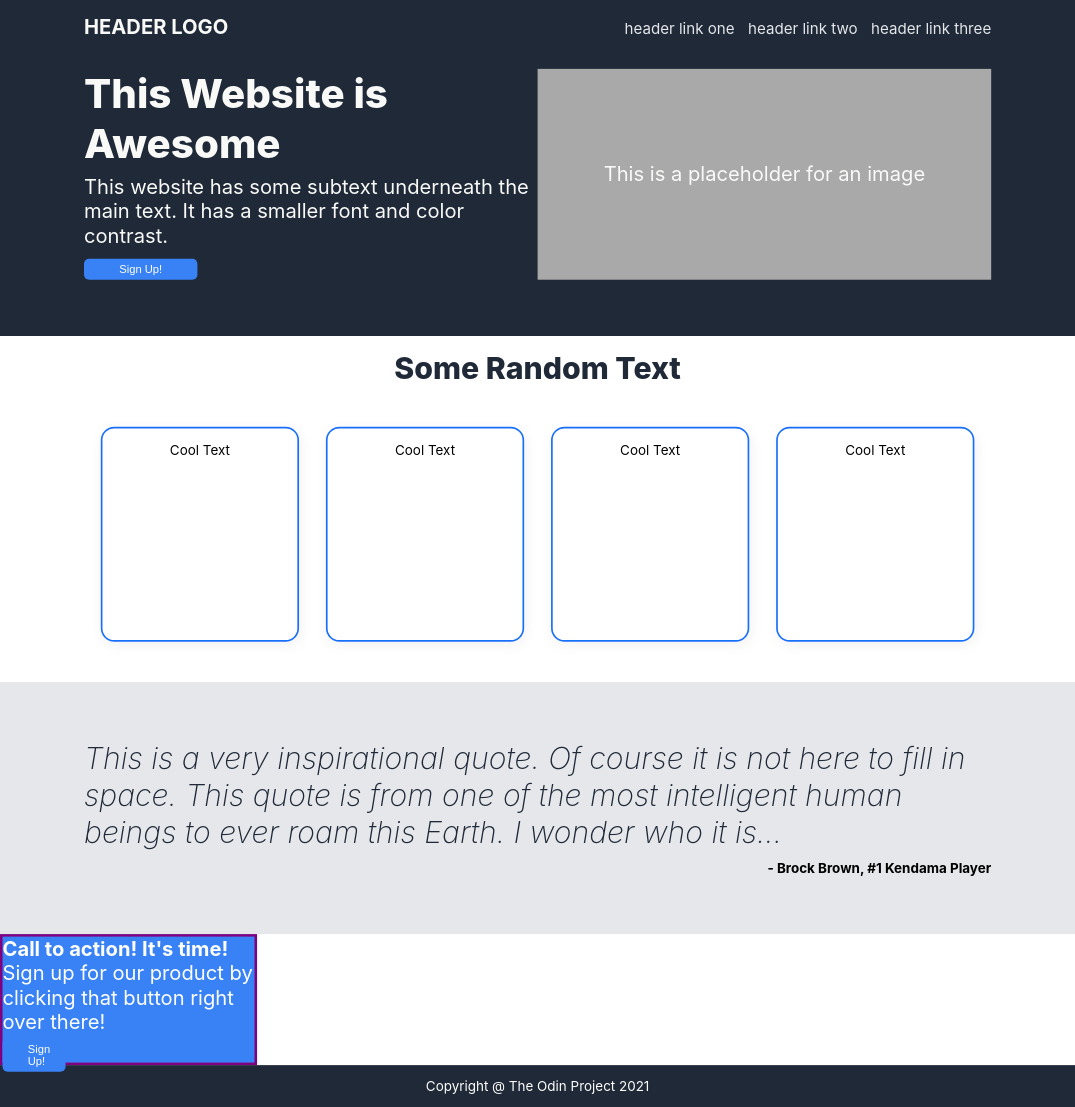
Repository: bbrockbrown/landing-page
Page: index.html
An editor plug-in stored every save of this project. The page is shown before and after the next save, followed by the edit.
The browser window is 1280 px wide. The pictures show the whole page, at 84% of full size.

Above is the page before, as saved 2024-07-24 16:14:14.

### index.html
<!DOCTYPE html>
<html lang="en">
<head>
    <meta charset="UTF-8">
    <meta name="viewport" content="width=device-width, initial-scale=1.0">
    <link rel="stylesheet" href="styles.css">
    <title>Landing Page</title>
</head>
<body>

    <div class="header">
        <div class="upper-header">
            <div class="logo" style="font-weight: bolder">HEADER LOGO</div>
            <ul class="header-links">
                <li><a href="https://www.google.com/" target="_blank">header link one</a></li>
                <li><a href="https://www.google.com/" target="_blank">header link two</a></li>
                <li><a href="https://www.google.com/" target="_blank">header link three</a></li>
            </ul>
        </div>

        <div class="header-content">
            <div class="header-text">
                <div class="awesome-text">
                    This Website is Awesome
                </div>
                <div class="subtext">
                    This website has some subtext underneath the main text.
                    It has a smaller font and color contrast.
                </div>
                <button class="signup-button">Sign Up!</button>
            </div>

            <div class="header-image">
                This is a placeholder for an image
            </div>
        </div>
    </div>




    <div class="body">
        <div class="box-text">Some Random Text</div>
        <div class="box-container">
            <div class="box">Cool Text</div>
            <div class="box">Cool Text</div>
            <div class="box">Cool Text</div>
            <div class="box">Cool Text</div>
        </div>

        <div class="quote-container">
            <div class="quote">This is a very inspirational quote. Of course it is not here
                to fill in space. This quote is from one of the most intelligent human beings
                to ever roam this Earth. I wonder who it is...
            </div>
            <div class="quote-author">
                - Brock Brown, #1 Kendama Player
            </div>
        </div>
    </div>

    <div class="sign-up-container">
        <div class="sign-up-text">
            <div class="action">Call to action! It's time!</div>
            <div class="action-subtext">Sign up for our product by clicking that button right over there!</div>
        </div>

        <button class="signup-button" id="lower-button">Sign Up!</button>
    </div>


    <div class="footer">
        Copyright @ The Odin Project 2021
    </div>

</body>
</html>

### styles.css
body {
    font-family: -apple-system, BlinkMacSystemFont, 'Segoe UI', Roboto, Oxygen, Ubuntu, Cantarell, 'Open Sans', 'Helvetica Neue', sans-serif;
    margin: 0;
    min-height: 100vh;
}

.header {
    background-color: #1F2937;
    font-size: 24px;
    color: #F9FAF8;
    display: flex;
    padding: 0px 100px 50px 100px;
    height: 350px;
    flex-direction: column;
    justify-content: space-around;
}

.upper-header {
    display: flex;
    justify-content: space-between;
}

.header-content {
    display: flex;
    text-align: left;
    align-items: center;
    flex-shrink: 0;
}

.header-text {
    width: 50%;
    display: flex;
    flex-flow: column wrap;
    gap: 8px;
}

.header-image {
    text-align: center;
    width: 50%;
    height: 100%;
    background-color: darkgray;
    display: flex;
    flex-flow: column wrap;
    justify-content: center;

}

.awesome-text {
    font-size: 48px;
    font-weight: 800;
}

button {
    padding: 5px 30px 5px 30px;
    border-radius: 6px;
    width: 25%;
}

.signup-button {
    background-color: #3882F6;
    color: white;
    border: none;
    margin-top: 5px;
}

ul {
    margin: 0;
    padding: 0;
    list-style: none;
    display: flex;
    gap: 16px;
}

a {
    text-decoration: none;
    font-size: 18px;
    color: #E5E7EB;
}


.body {
    display: flex;
    flex: 1;
    flex-direction: column;
    align-items: center;
}

.box-text {
    font-size: 36px;
    color: #1F2937;
    font-weight: 800;
    margin-top: 16px;
}

.box-container {
    display: flex;
    padding: 48px;
    flex-wrap: wrap;
    gap: 32px;
    justify-content: center;
}


.box {
    border: 2px solid  #186ffa;
    box-shadow: 2px 4px 16px rgba(0,0,0,.06);
    border-radius: 16px;
    padding: 16px;
    width: 200px;
    height: 220px;
    text-align: center;
}

.quote-container {
    display: flex;
    flex: wrap;
    flex-direction: column;
    background-color: #E5E7EB;
    height: 300px;
    justify-content: center;
}

.quote {
    font-size: 36px;
    color: #1F2937;
    font-style: italic;
    font-weight: 200;
    padding: 0 100px;
    margin-bottom: 10px;
}

.quote-author {
    align-self: flex-end;
    margin-right: 100px;
    font-weight: bold;
}

.sign-up-container {
    background-color: #3882F6;
    display: flex;
    flex-direction: column;
    height: 150px;
    width: 300px;
    justify-content: space-around;
    border: purple solid 3px;
}

.sign-up-text {
    color: white;
    font-size: 24px;
}

.action {
    font-weight: 700;
}

#lower-button .signup-button {
    border: 3px white solid;
}

.footer {
    background-color: #1F2937;
    color: white;
    padding: 15px;
    text-align: center;
}

After the next save:
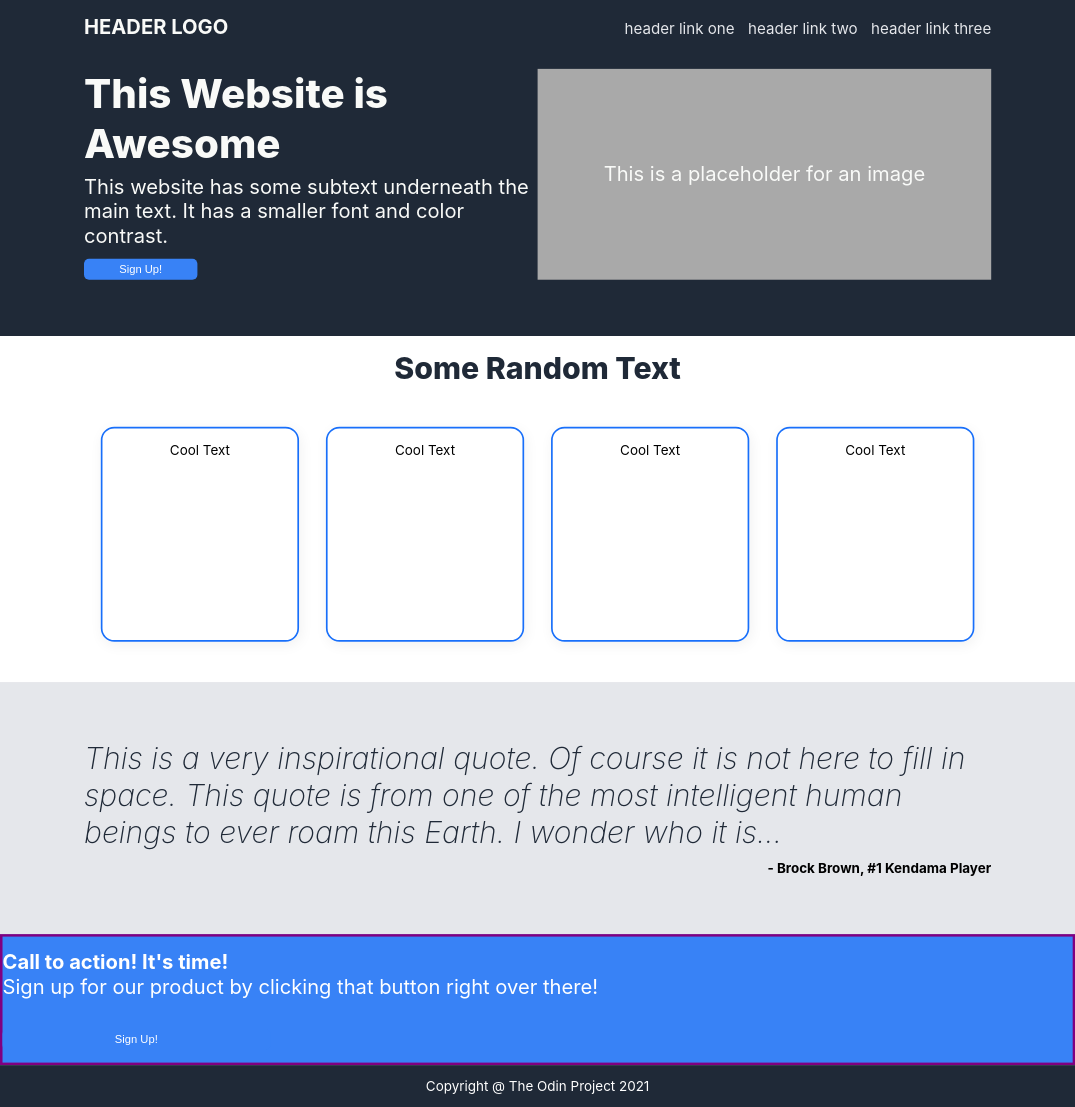
Saved 15 s later.
--- a/styles.css
+++ b/styles.css
@@ -140,7 +140,6 @@ a {
     display: flex;
     flex-direction: column;
     height: 150px;
-    width: 300px;
     justify-content: space-around;
     border: purple solid 3px;
 }
